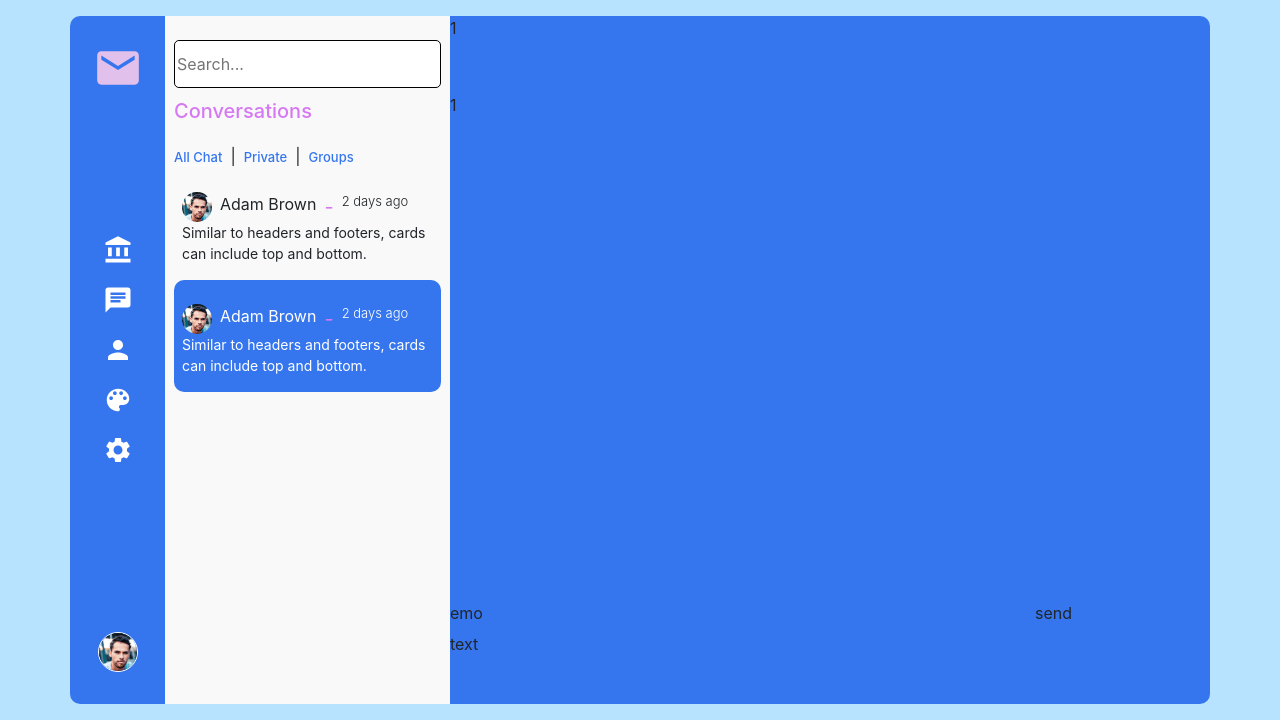
Repository: arafat877/super-chat
Page: /
These files come from the project's save history. The page is drawn as it stood at one moment and after the next save; the edit follows.
The browser window is 1280 px wide. The pictures show the whole page.
The project was rebuilt for these pictures with package versions that can differ from the ones it lists, and the page was loaded fresh each time.

Above is the page before, as saved 2020-08-06 23:54:06.

### public/index.html
<!DOCTYPE html>
<html lang="en">
  <head>
    <meta charset="utf-8" />
    <meta name="viewport" content="width=device-width, initial-scale=1" />
    <meta name="theme-color" content="#000000" />
    <meta
      name="description"
      content="Chat application with node.js, express, react.js, mongoDb and socket.io"
    />
    <link rel="stylesheet" href="styles.css" />
    <link
      rel="stylesheet"
      href="https://maxcdn.bootstrapcdn.com/bootstrap/4.5.0/css/bootstrap.min.css"
      integrity="sha384-9aIt2nRpC12Uk9gS9baDl411NQApFmC26EwAOH8WgZl5MYYxFfc+NcPb1dKGj7Sk"
      crossorigin="anonymous"
    />
    <link
      href="https://fonts.googleapis.com/css2?family=Roboto:wght@100;300;400;500;700;900&display=swap"
      rel="stylesheet"
    />

    <title>Super Chat</title>
  </head>
  <body>
    <noscript>You need to enable JavaScript to run this app.</noscript>
    <div id="root"></div>
  </body>
</html>

### src/App.js
import React from "react";
import "./App.scss";
import {
  Email,
  Chat,
  Person,
  Settings,
  Palette,
  AccountBalance,
} from "@material-ui/icons";

function App() {
  return (
    <div className="appContainer vh-100 d-flex">
      <div className="container mt-3 mb-3 appWrapper">
        <div className="row h-100">
          <div className="col-1 d-none d-sm-none d-md-block container h-100 firstCol">
            <div className="row logoRow justify-content-center">
              <Email className="m-auto logo" />
            </div>
            <div className="row menuRow">
              <ul className="menuList m-auto p-0">
                <li className="menuItem">
                  <AccountBalance className="menuItemIcon" />
                </li>
                <li className="menuItem">
                  <Chat className="menuItemIcon" />
                </li>
                <li className="menuItem">
                  <Person className="menuItemIcon" />
                </li>
                <li className="menuItem">
                  <Palette className="menuItemIcon" />
                </li>
                <li className="menuItem">
                  <Settings className="menuItemIcon" />
                </li>
              </ul>
            </div>
            <div className="row photoRow justify-content-center">
              <img
                className="m-auto profilePhoto"
                src={require("./assets/m1.jpeg")}
                alt="profile"
              />
            </div>
          </div>
          <div className="col-3 container h-100 secondCol p-4">
            <div className="row searchRow">
              <input className="searchInput" placeholder="Search..." />
            </div>
            <div className="row convRow mt-2">
              <span className="convSpan">Conversations</span>
            </div>
            <div className="row selectRow">
              <ul className="selectionList p-0">
                <li
                  className="selectionListItem d-inline mr-2"
                  style={{ borderBottom: "solid 0.05px white" }}
                >
                  All Chat
                </li>
                |
                <li className="selectionListItem d-inline mr-2 ml-2">
                  Private
                </li>
                |
                <li className="selectionListItem d-inline mr-2 ml-2">Groups</li>
              </ul>
            </div>
            <div className="row groupsRow">
              <div className="container">
              <div className="row convCard pt-3 pb-3 pl-2">
                <img
                  className="userProfilePicture"
                  src={require("./assets/m1.jpeg")}
                  alt="User Profile"
                />
                <span className="userName ml-2">Adam Brown</span>
                <span className="dash ml-2">-</span>
                <span className="chatDate ml-2">2 days ago</span>
                <hr className="hr"></hr>
                <span className="text">
                  Similar to headers and footers, cards can include top and
                  bottom.
                </span>
              </div>

              <div className="row convCardHot pt-4 pb-3 pl-2">
                <img
                  className="userProfilePicture"
                  src={require("./assets/m1.jpeg")}
                  alt="User Profile"
                />
                <span className="userName ml-2">Adam Brown</span>
                <span className="dash ml-2">-</span>
                <span className="chatDate ml-2">2 days ago</span>
                <hr className="hr"></hr>
                <span className="text">
                  Similar to headers and footers, cards can include top and
                  bottom.
                </span>
              </div>
              </div>
            </div>
          </div>
          <div className="col-8 container h-100 thirdCol">
            <div className="row chatInfo">1</div>
            <div className="row chatMessages">1</div>
            <div className="row chatInput">
              <div className="col-md-9 container">
                <div className="row inputEmoji">emo</div>
                <div className="row inputText">text</div>
              </div>
              <div className="col-md-3">send</div>
            </div>
          </div>
        </div>
      </div>
    </div>
  );
}

export default App;

### src/App.scss
.appContainer {
  background-color: #b7e3fe;

  .appWrapper {
    background-color: #3576ef;
    border-radius: 10px;

    .firstCol {
      .logoRow {
        height: 15%;

        .logo {
          font-size: 50px;
          color: rgb(226, 192, 236);
        }
      }
      .menuRow {
        height: 70%;

        .menuList {
          list-style: none;

          .menuItem {
            margin-bottom: 20px;

            .menuItemIcon {
              font-size: 30px;
              color: white;
            }
          }
        }
      }
      .photoRow {
        height: 15%;

        .profilePhoto {
          height: 40px;
          width: 40px;
          border: solid thin white;
          border-radius: 50%;
          object-fit: cover;
        }
      }
    }

    .secondCol {
      background-color: #f9f9f9;
      overflow-y: auto;

      .searchRow {
        height: 7.5%;

        .searchInput {
          width: 100%;
          border: solid 0.5px;
          background-color: white;
          border-radius: 5px;

          &:focus {
            outline: none;
          }
        }
      }
      .convRow {
        height: 7.5%;

        .convSpan {
          font-weight: 500;
          font-size: 20px;
          color: rgb(214, 120, 243);
        }
      }
      .selectRow {
        height: 5%;

        .selectionList {
          list-style: none;

          .selectionListItem {
            font-weight: 500;
            font-size: 13px;
            color: #3576ef;
          }
        }
      }
      .groupsRow {
        height: 80%;

        .convCard {
          .userProfilePicture {
            height: 30px;
            width: 30px;
            border-radius: 50%;
            object-fit: cover;
          }

          .userName {
            // color: white;
          }

          .dash {
            color: rgb(214, 120, 243);
            font-size: 20px;
          }

          .chatDate {
            // color: white;
            font-size: 13px;
            font-weight: 300;
          }

          .hr {
            border-color:  rgb(214, 120, 243);
            margin-bottom: 5px;
          }

          .text {
            // color: white;
            font-size: 14px;
          }
        }

        .convCardHot {

            background-color: #3576ef;
            border-radius: 10px;

            .userProfilePicture {
              height: 30px;
              width: 30px;
              border-radius: 50%;
              object-fit: cover;
            }

            .userName {
              color: white;
            }

            .dash {
              color: rgb(214, 120, 243);
              font-size: 20px;
            }

            .chatDate {
              color: white;
              font-size: 13px;
              font-weight: 300;
            }

            .hr {
              border-color:  rgb(214, 120, 243);
              margin-bottom: 5px;
            }

            .text {
              color: white;
              font-size: 14px;
            }
          }
      }
    }

    .thirdCol {
      .chatInfo {
        height: 11.25%;
      }
      .chatMessages {
        height: 73.75%;
      }
      .chatInput {
        height: 15%;

        .inputEmoji {
          height: 30%;
        }
        .inputText {
          height: 70%;
        }
      }
    }
  }
}

Loaded but not shown: src/index.js (common file); public/styles.css (common file)

After the next save:
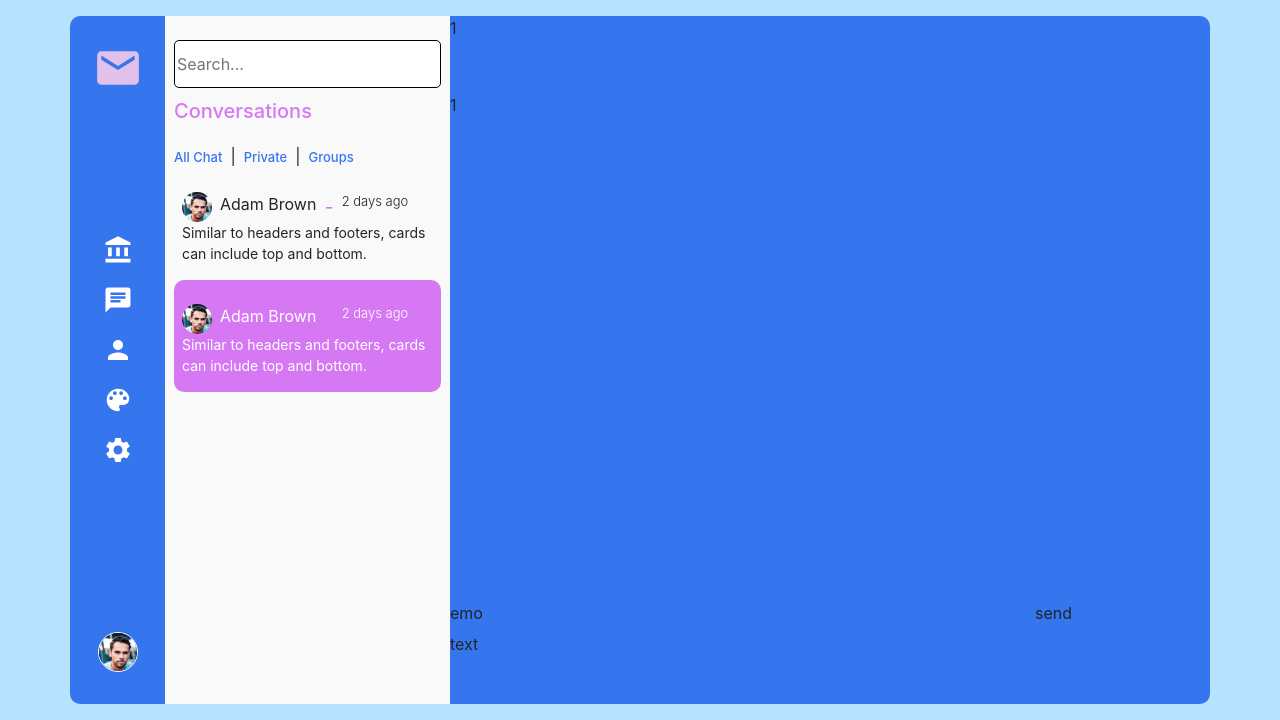
Saved 22 s later.
--- a/src/App.scss
+++ b/src/App.scss
@@ -122,7 +122,7 @@
 
         .convCardHot {
 
-            background-color: #3576ef;
+            background-color: rgb(214, 120, 243);;
             border-radius: 10px;
 
             .userProfilePicture {

After the save that followed:
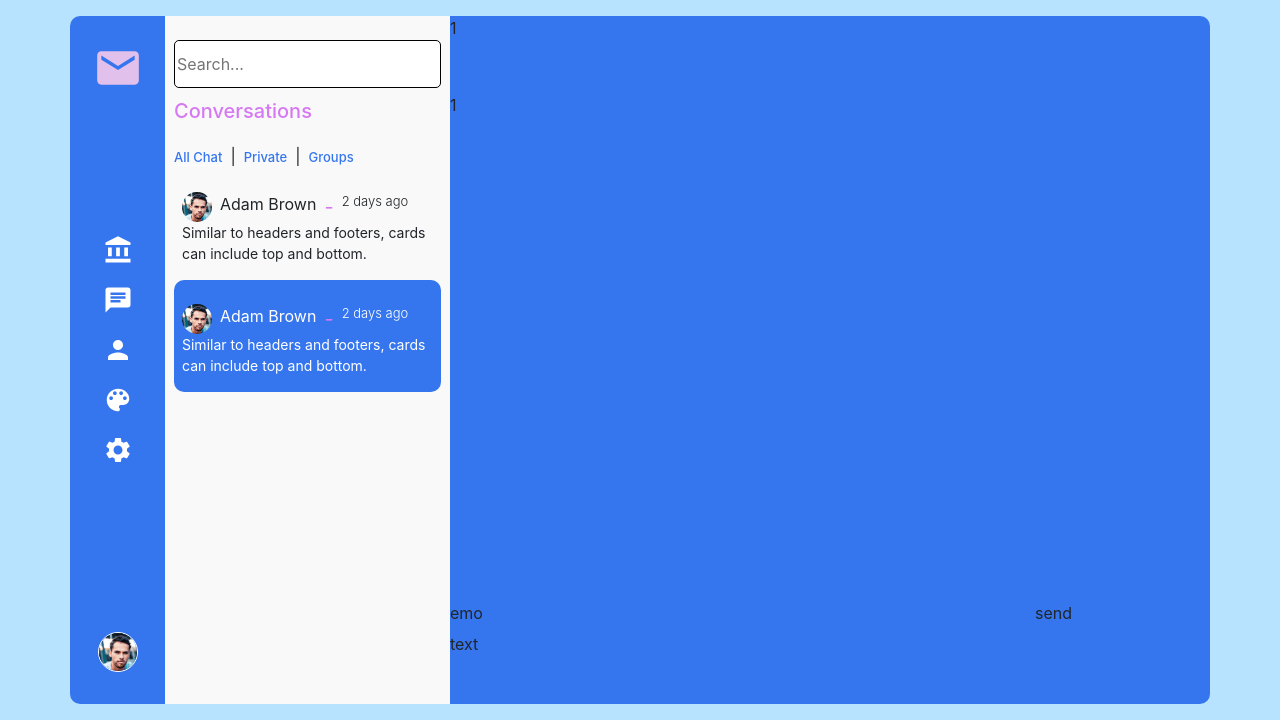
Saved 10 s later.
--- a/src/App.scss
+++ b/src/App.scss
@@ -122,7 +122,7 @@
 
         .convCardHot {
 
-            background-color: rgb(214, 120, 243);;
+            background-color: #3576ef;
             border-radius: 10px;
 
             .userProfilePicture {
